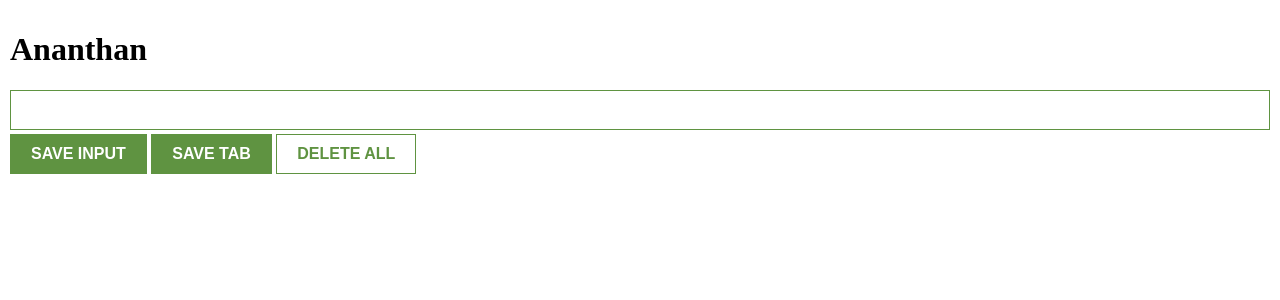
Repository: ananthantharma/Chrome-Extension
Page: index.html
An editor plug-in stored every save of this project. The page is shown before and after the next save, followed by the edit.
The browser window is 1280 px wide. The pictures show the whole page.

Above is the page before, as saved 2022-07-20 23:11:48.

After the next save:
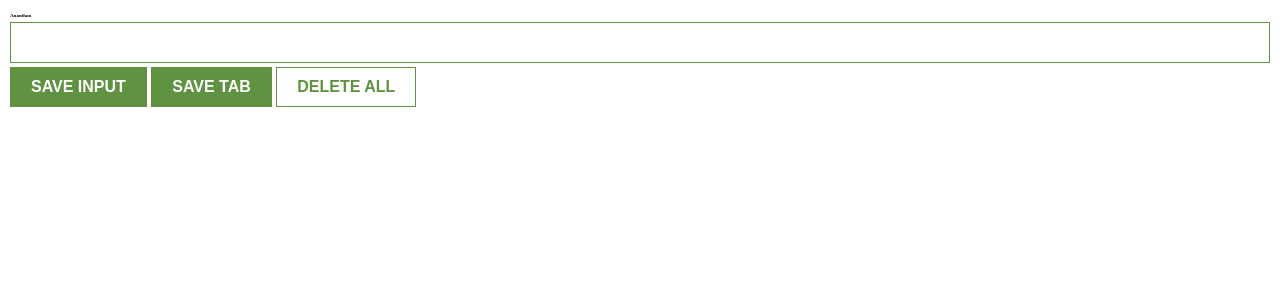
Saved 20 s later.
--- a/index.css
+++ b/index.css
@@ -6,6 +6,7 @@ body {
 }
 h1{
     font-family: 'Brush Script MT', cursive;
+    font-size:5px;
 }
 input {
     width: 100%;
